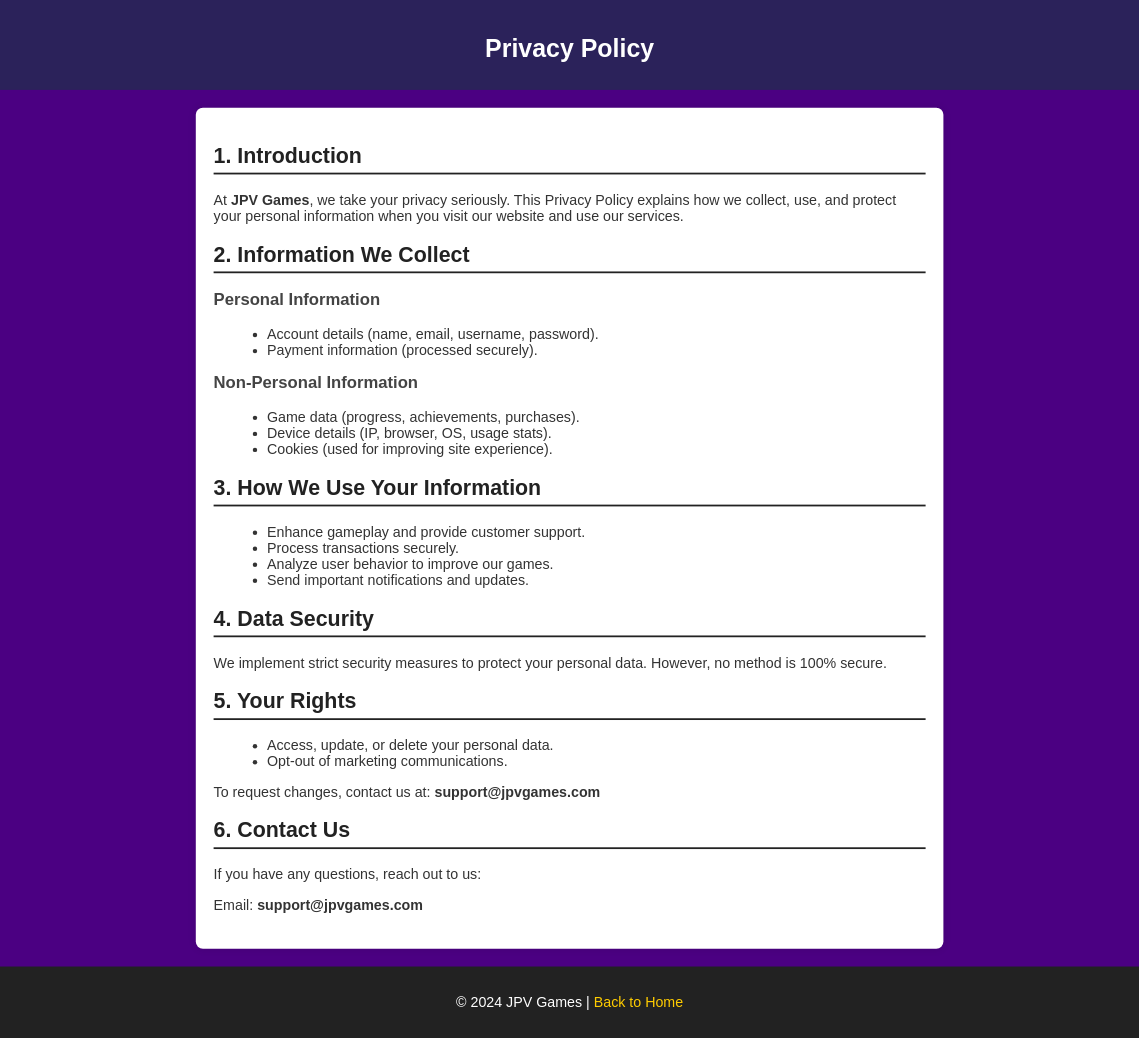
Repository: meenadabhii/jpygames.com
Page: http://localhost/privacy-policy.html
These files come from the project's save history. The page is drawn as it stood at one moment and after the next save; the edit follows.
The browser window is 1280 px wide. The pictures show the whole page, at 89% of full size.
The page is served by the project's Node server (app.js).

Above is the page before, as saved 2025-02-08 10:55:03.

After the next save:
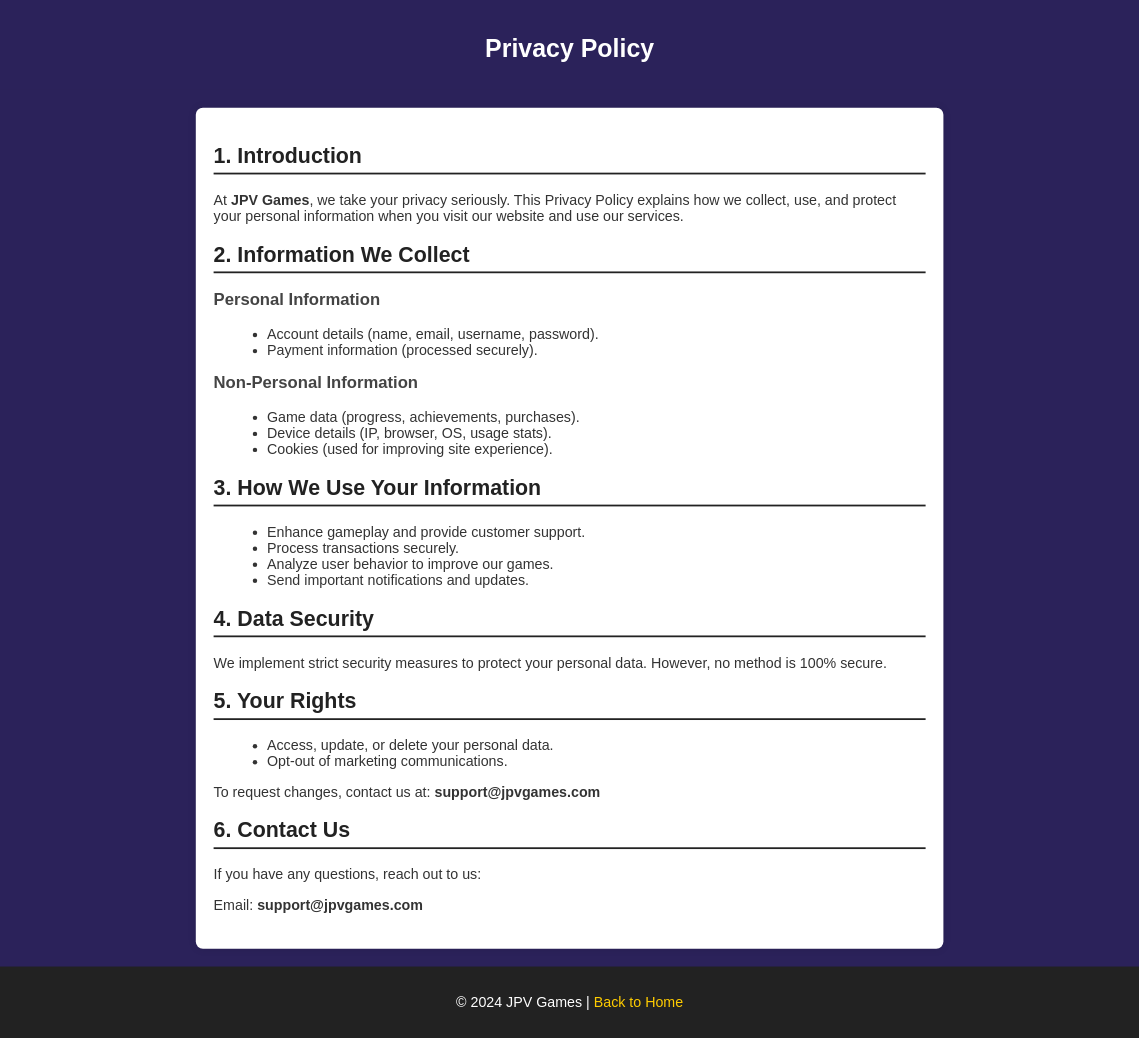
Saved 14 s later.
--- a/nodejs/views/privacy-policy.html
+++ b/nodejs/views/privacy-policy.html
@@ -9,7 +9,8 @@
         /* General Page Styling */
 body {
     font-family: Arial, sans-serif;
-    background-color: #4B0082;
+    background-color: #2b225a;
+    ;
     margin: 0;
     padding: 0;
     color: #333;
